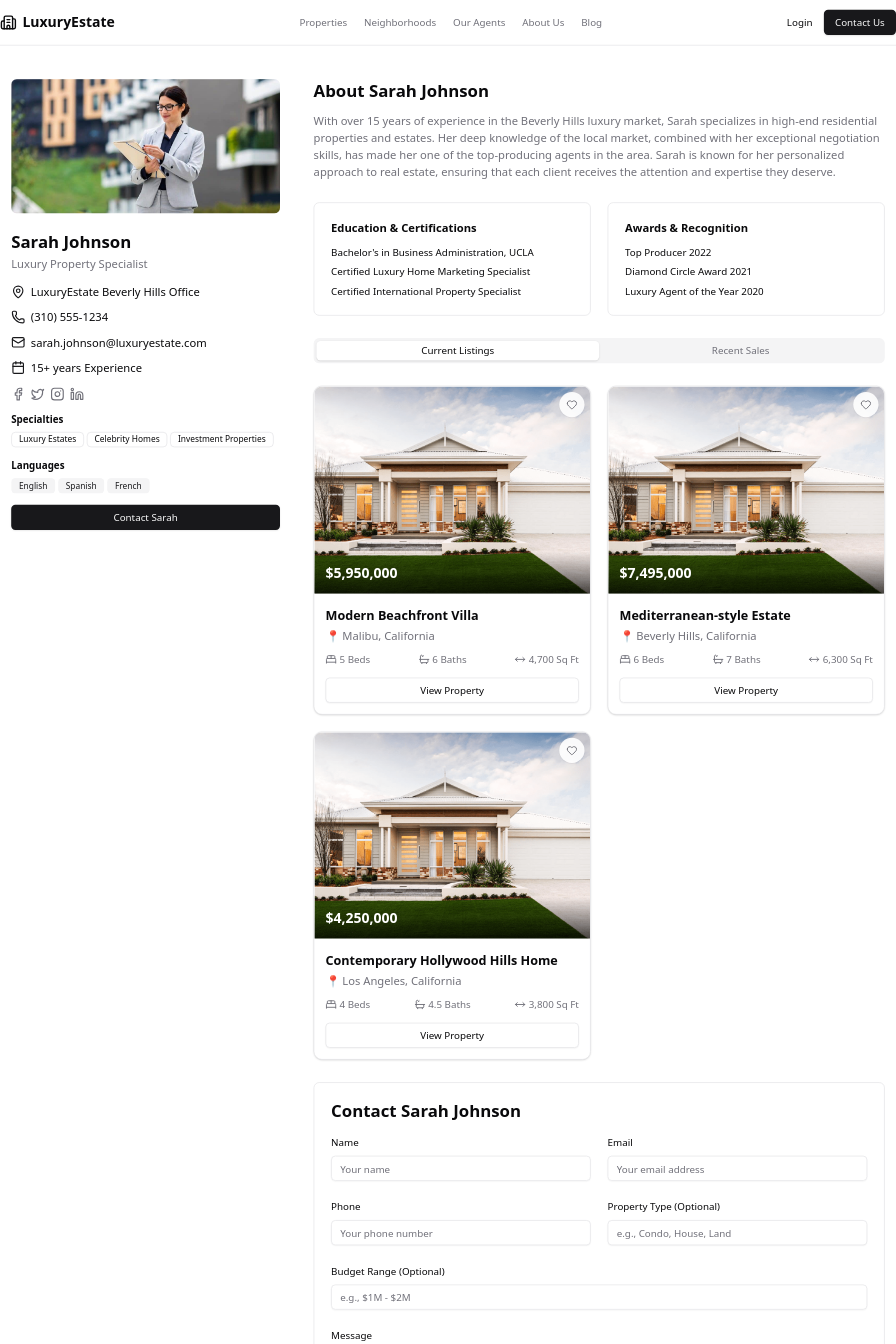
Repository: duresaguye/RealEstate
Page: /agents/james-wilson
These files come from the project's save history. The page is drawn as it stood at one moment and after the next save; the edit follows.
The browser window is 1280 px wide. The pictures show the part of the page from y = 0 to 1920 px (the page is 2686 px tall), at 70% of full size.
The project was rebuilt for these pictures with package versions that can differ from the ones it lists, and the page was loaded fresh each time. The framework's server and built-in components were replaced by stand-ins that run in the browser. Also part of the build but not shown: next.config.mjs, next.config.ts.

Above is the page before, as saved 2025-02-27 11:49:11.

After the next save:
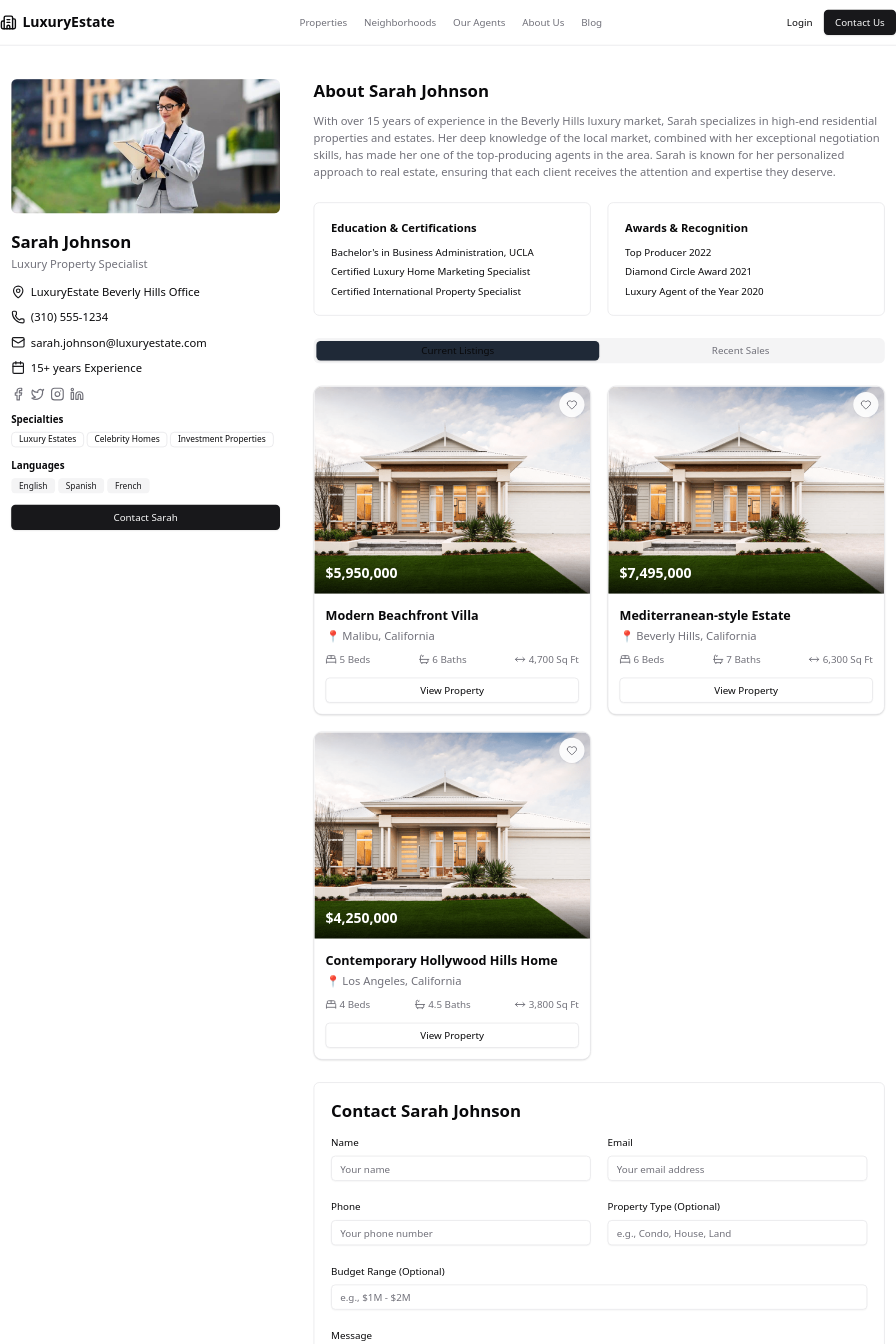
Saved 6 min 42 s later.
--- a/components/ui/tabs.tsx
+++ b/components/ui/tabs.tsx
@@ -29,7 +29,7 @@ const TabsTrigger = React.forwardRef<
   <TabsPrimitive.Trigger
     ref={ref}
     className={cn(
-      "inline-flex items-center justify-center whitespace-nowrap rounded-md px-3 py-1 text-sm font-medium ring-offset-background transition-all focus-visible:outline-none focus-visible:ring-2 focus-visible:ring-ring focus-visible:ring-offset-2 disabled:pointer-events-none disabled:opacity-50 data-[state=active]:bg-background data-[state=active]:text-foreground data-[state=active]:shadow",
+      "inline-flex items-center justify-center whitespace-nowrap rounded-md px-3 py-1 text-sm font-medium ring-offset-background transition-all focus-visible:outline-none focus-visible:ring-2 focus-visible:ring-ring focus-visible:ring-offset-2 disabled:pointer-events-none disabled:opacity-50 data-[state=active]:bg-gray-800 data-[state=active]:text-foreground data-[state=active]:shadow",
       className
     )}
     {...props}
